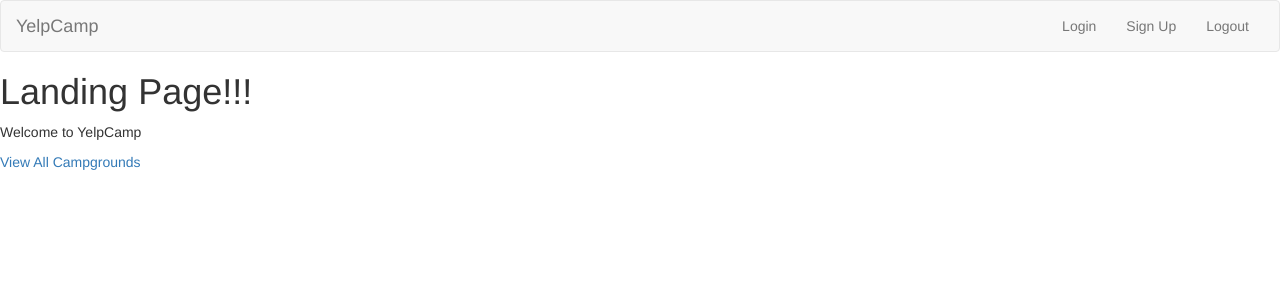
Repository: yyming009/YelpCamp
Page: http://localhost/
The author's editor kept a record of every edit. The page is drawn from the files as they stood at one moment, then again after the next edit.
The browser window is 1280 px wide. The pictures show the whole page.
The page is served by the project's Node server (YelpCamp/v1/app.js).

Above is the page before.

After the next edit:
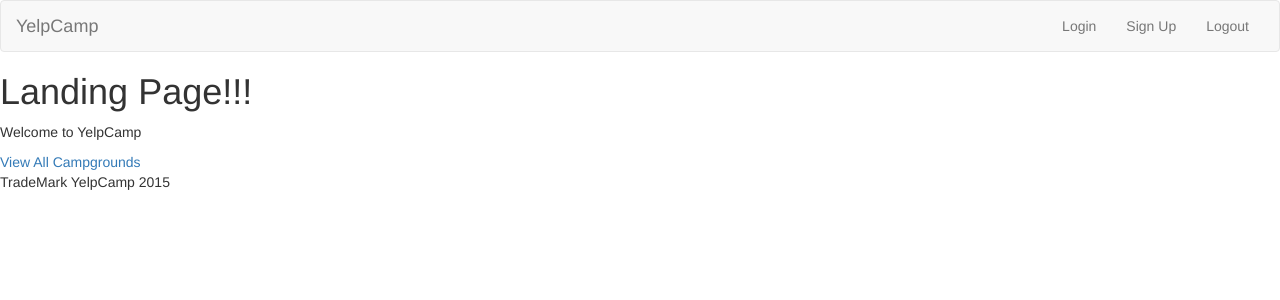
The edit:
--- a/YelpCamp/v1/views/partials/footer.ejs
+++ b/YelpCamp/v1/views/partials/footer.ejs
@@ -1,5 +1,3 @@
-
-
-
+    <p>TradeMark YelpCamp 2015</p>
     </body>
 </html>
